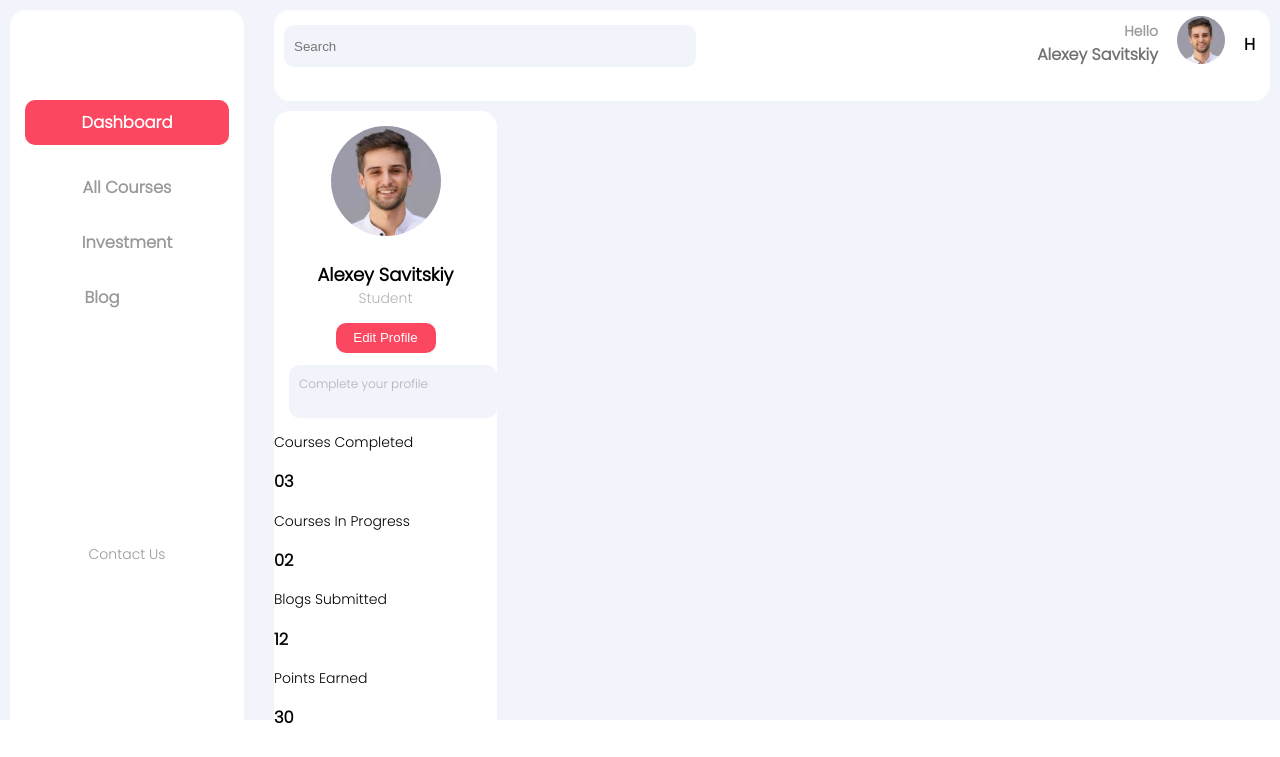
Repository: Anuruddha00/dashboard-design
Page: /
These files come from the project's save history. The page is drawn as it stood at one moment and after the next save; the edit follows.
The browser window is 1280 px wide. The pictures show the whole page.
The project was rebuilt for these pictures with package versions that can differ from the ones it lists, and the page was loaded fresh each time.

Above is the page before, as saved 2021-05-07 13:47:50.

After the next save:
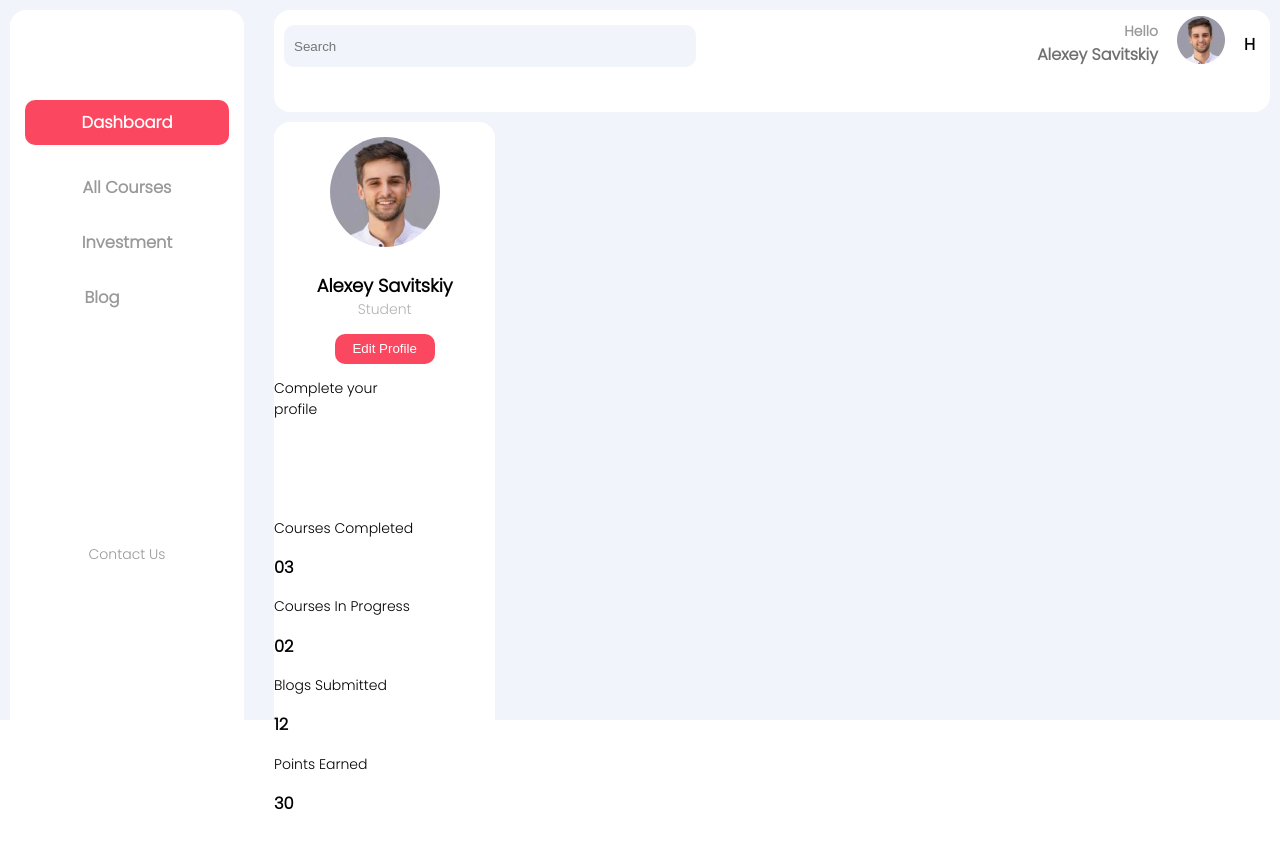
Saved 2 min 38 s later.
--- a/src/containers/Dashboard/Dashboard.scss
+++ b/src/containers/Dashboard/Dashboard.scss
@@ -153,7 +153,7 @@ body{
 
                                 }
                             }
-                            &Progress{
+                            &Complete{
                                 background: #f1f5fb;
                                 border-radius: 10px;
                                 color: #b0b2b5;
@@ -167,6 +167,11 @@ body{
                                     padding-top: 10px;
                                 }
                             }
+                            &Progress{
+                                display: grid;
+                                grid-template-columns: 1fr 1fr;
+                                grid-template-rows: 1fr 1fr;
+                            }
                         }
                     }
                 }
